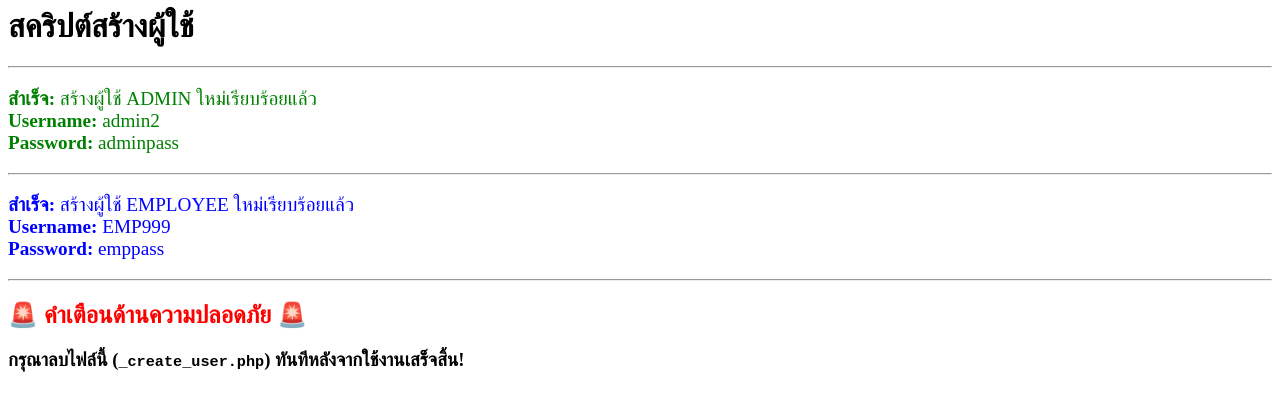
Repository: Jatuphonezyxx007/nice-project
Page: http://localhost/_create_user.php
These files come from the project's save history. The page is drawn as it stood at one moment and after a run of saves; the edit follows.
The browser window is 1280 px wide. The pictures show the whole page.
The page is run by PHP 8.4 with error messages shown; the project is at /var/www/html/.

Above is the page before, as saved 2025-11-08 23:53:30.

After the next 3 saves:
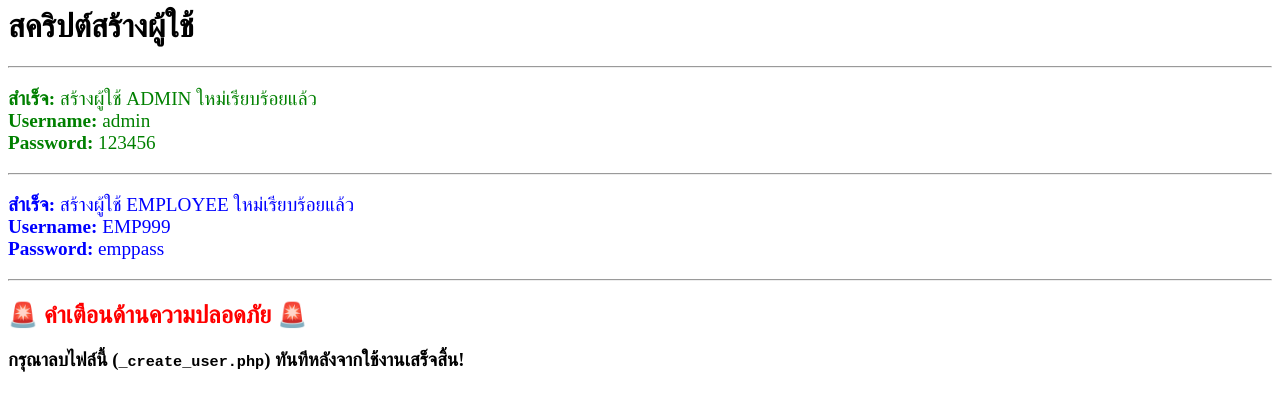
The 3 saves are shown as one change because they came seconds apart.
The last was saved 2 min 35 s later.
--- a/_create_user.php
+++ b/_create_user.php
@@ -12,9 +12,9 @@ echo "<hr>";
  * สร้างผู้ใช้ ADMIN ใหม่
  * ===========================================
  */
-$admin_id = 'admin2'; // <--- ตั้งชื่อ username ที่คุณต้องการ
-$admin_pass = 'adminpass'; // <--- ตั้งรหัสผ่านที่คุณต้องการ
-$admin_email = 'admin2@example.com';
+$admin_id = 'admin'; // <--- ตั้งชื่อ username ที่คุณต้องการ
+$admin_pass = '123456'; // <--- ตั้งรหัสผ่านที่คุณต้องการ
+$admin_email = 'admin@example.com';
 
 // Hashing รหัสผ่าน (สำคัญมาก)
 $admin_hash = password_hash($admin_pass, PASSWORD_DEFAULT);
